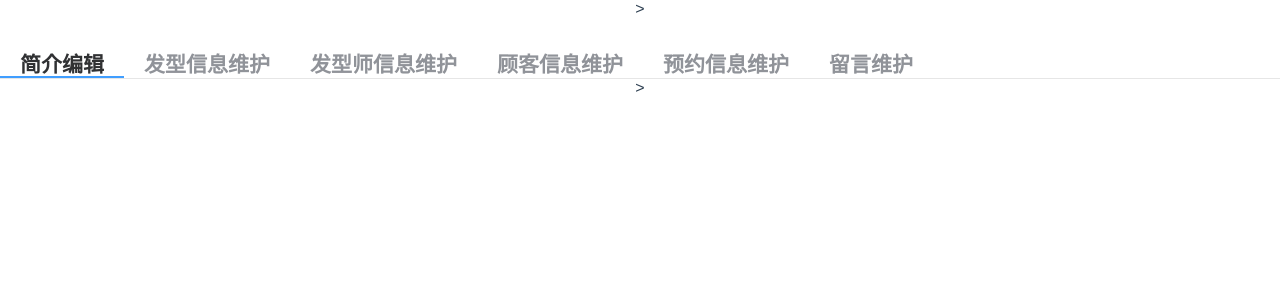
Repository: cjl0805/graduation-design-front
Page: /back/home
An editor plug-in stored every save of this project. The page is shown before and after the next save, followed by the edit.
The browser window is 1280 px wide. The pictures show the whole page.
The project was rebuilt for these pictures with package versions that can differ from the ones it lists, and the page was loaded fresh each time. Also part of the build but not shown: vue.config.js, src/components/RotationChart.vue, src/components/NavigationBar.vue, src/components/HairStylist.vue, src/components/HairStyle.vue, src/views/font/HairStyleView.vue, src/views/font/HairStylistView.vue, src/views/font/HomeView.vue and 17 more.

Above is the page before, as saved 2023-04-18 08:59:37.

### src/main.js
import Vue from 'vue'
import App from './App.vue'
import router from './router'
import ElementUI from 'element-ui'
import 'element-ui/lib/theme-chalk/index.css'
import axios from 'axios'
import VueAxios from 'vue-axios'
Vue.use(VueAxios, axios);
axios.interceptors.request.use(
  config => {
    if (localStorage.getItem('token')) {
      config.headers.token = localStorage.getItem('token');
    }
    return config;
  },
  error => {
    return Promise.reject(error);
  }
);

axios.interceptors.response.use(
  res => {
    if (res.data.code === 501) {
      console.log(res.data);
      alert("登录已过期，请重新登录！");
      window.localStorage.removeItem('token');
      window.localStorage.removeItem('username');
      location.reload();
    }
    return res;
  }
);

Vue.config.productionTip = false
Vue.use(ElementUI)
new Vue({
  router,
  render: h => h(App)
}).$mount('#app')

### src/router/index.js
import Vue from 'vue'
import VueRouter from 'vue-router'
import HairStyleView from '../views/font/HairStyleView.vue'
import HairStylistView from '../views/font/HairStylistView.vue'
import HomeView from '../views/font/HomeView.vue'
import login from '../views/font/login.vue'
import register from '../views/font/register.vue'
import PersonalInfo from '../views/font/PersonalInfo.vue'
import appointment from '../views/font/AppointmentView.vue'
import pay from '../views/font/PayView.vue'
import MainView from '../views/back/MainView.vue'

Vue.use(VueRouter)

const routes = [{
    path: '/',
    name: 'home',
    component: HomeView
  },
  {
    path: '/hairstyle',
    name: 'hairstyle',
    component: HairStyleView
  },
  {
    path: '/hairstylist',
    name: 'hairstylist',
    component: HairStylistView
  },
  {
    path: '/about',
    name: 'about',
    // route level code-splitting
    // this generates a separate chunk (about.[hash].js) for this route
    // which is lazy-loaded when the route is visited.
    component: () => import( /* webpackChunkName: "about" */ '../views/AboutView.vue')
  },
  {
    path: '/login',
    name: 'login',
    component: login
  },
  {
    path: '/register',
    name: 'register',
    component: register
  },
  {
    path: '/PersonalInfo',
    name: 'PersonalInfo',
    component: PersonalInfo,
  },
  {
    path: '/appointment',
    name: 'appointment',
    component: appointment
  },
  {
    path: '/pay',
    name: 'pay',
    component: pay
  },
  {
    path: '/back/home',
    name: 'MainView',
    component: MainView
  },
]

const router = new VueRouter({
  mode: 'history',
  base: process.env.BASE_URL,
  routes
})

// 导航守卫
// 使用 router.beforeEach 注册一个全局前置守卫，判断用户是否登陆
router.beforeEach((to, from, next) => {
  if (to.path === '/PersonalInfo' || to.path === '/appointment' || to.path === '/MessageCenter' || to.path === '/pay') {
    let token = localStorage.getItem('token');
    if (token === null || token === '') {
      next('/login');
    } else {
      next();
    }
  } else {
    next();
  }
});

export default router

### src/views/back/MainView.vue
<template>
  <div>
    <div class="aside">
      ><el-menu default-active="1" class="el-menu-demo" mode="horizontal">
        <el-menu-item index="1">
          <span slot="title"><h2>简介编辑</h2></span>
        </el-menu-item>
        <el-menu-item index="2">
          <span slot="title"><h2>发型信息维护</h2></span>
        </el-menu-item>
        <el-menu-item index="3">
          <span slot="title"><h2>发型师信息维护</h2></span>
        </el-menu-item>
        <el-menu-item index="4">
          <span slot="title"><h2>顾客信息维护</h2></span>
        </el-menu-item>
        <el-menu-item index="5">
          <span slot="title"><h2>预约信息维护</h2></span>
        </el-menu-item>
        <el-menu-item index="6">
          <span slot="title"><h2>留言维护</h2></span>
        </el-menu-item>
      </el-menu>
      >
    </div>
    <div class="div2"></div>
  </div>
</template>

<script>
import HairstylistMaintenance from "@/components/HairstylistMaintenance.vue";
import AppointmentMaintenance from "@/components/AppointmentMaintenance.vue";
import CustomerMaintenance from "@/components/CustomerMaintenance.vue";
import HairstyleMaintenance from "@/components/HairstyleMaintenance.vue";
import IntroductionEditor from "@/components/IntroductionEditor.vue";
import MessageMaintenance from "@/components/MessageMaintenance.vue";
export default {
  name: "MainView",
  components: {
    HairstylistMaintenance,
    AppointmentMaintenance,
    CustomerMaintenance,
    HairstyleMaintenance,
    IntroductionEditor,
    MessageMaintenance,
  },
  data() {
    return {};
  },
  methods: {
    handleOpen(key, keyPath) {
      console.log(key, keyPath);
    },
    handleClose(key, keyPath) {
      console.log(key, keyPath);
    },
  },
};
</script>

<style></style>

### src/components/UserDescription.vue
<template>
  <div>
    <div class="img">
      <el-upload
        class="userform.img !== '' ? 'avatar-uploader boxCardUploadImg' : 'avatar-uploader'"
        action=""
        :http-request="upFile"
        :show-file-list="false"
        :on-change="handleChange"
        :limit="2"
        :headers="headers"
      >
        <img v-if="userform.img" :src="userform.img" class="avatar" />
        <i v-else class="el-icon-plus avatar-uploader-icon"></i> </el-upload
      ><br />
      <el-button round type="primary" @click="saveImg">保存头像</el-button>
      <div class="div2">
        <div class="div3">
          <el-button class="button"
            ><p class="p" @click="click1">个人信息</p></el-button
          >
        </div>
        <div class="div3">
          <el-button class="button" @click="click2"
            ><p class="p">我的预约</p></el-button
          >
        </div>
        <div class="div3">
          <el-button class="button"
            ><p class="p" @click="click3">我的留言</p></el-button
          >
        </div>
      </div>
    </div>
    <div class="info">
      <UserInfo v-if="userInfo"></UserInfo>
      <myAppointment v-if="myAppointment" class="myAppointment"></myAppointment>
      <myMessage v-if="myMessage"></myMessage>
    </div>
  </div>
</template>

<script>
import UserInfo from "./UserInfo.vue";
import MyAppointment from "./MyAppointment.vue";
import MyMessage from "./MyMessage.vue";
export default {
  name: "UserDescription",
  components: {
    MyAppointment,
    MyMessage,
    UserInfo,
  },
  data() {
    return {
      imageUrl: "",
      headers: {},
      token: "",
      userform: {
        img: "",
      },
      file: " ",
      userInfo: this.$route.query.userInfo,
      myAppointment: this.$route.query.myAppointment,
      myMessage: false,
    };
  },
  created() {
    this.load();
  },
  methods: {
    load() {
      this.axios({
        method: "GET",
        url: "http://localhost:8090/graduation/design/customInfo/get",
        params: {
          username: window.localStorage.getItem("username"),
        },
      }).then((res) => {
        console.log(res.data);
        if (res.data.data != null) {
          this.userform.img = res.data.data.img;
        }
      });
    },
    click1() {
      this.userInfo = true;
      this.myAppointment = false;
      this.myMessage = false;
    },
    click2() {
      this.userInfo = false;
      this.myAppointment = true;
      this.myMessage = false;
    },
    click3() {
      this.userInfo = false;
      this.myAppointment = false;
      this.myMessage = true;
    },
    handleChange(file, fileList) {
      const fileName = file.name; // 文件名字
      const fileType = fileName.substring(fileName.lastIndexOf(".") + 1);
      if (fileType === "png" || fileType === "jpg") {
        this.file = file;
        return;
      } else {
        this.$message({
          type: "warning",
          message: "附件格式错误，请重新上传！",
        });
      }
    },
    upFile(item) {
      const formData = new FormData();
      formData.append("file", this.file.raw);
      this.axios({
        method: "POST",
        url: "http://localhost:8090/graduation/design/common/upload",
        data: formData,
      }).then((res) => {
        console.log(res.data);
        if (res.data.code === 200) {
          this.userform.img = res.data.data;
        } else {
          alert(res.data.message);
        }
      });
    },
    beforeAvatarUpload(file) {
      const isJPG = file.type === "image/jpeg";
      const isLt2M = file.size / 1024 / 1024 < 2;

      if (!isJPG) {
        this.$message.error("上传头像图片只能是 JPG 格式!");
      }
      if (!isLt2M) {
        this.$message.error("上传头像图片大小不能超过 2MB!");
      }
      return isJPG && isLt2M;
    },
    saveImg() {
      this.axios({
        method: "POST",
        url: "http://localhost:8090/graduation/design/customInfo/save/img",
        params: {
          username: window.localStorage.getItem("username"),
          img: this.userform.img,
        },
      }).then((res) => {
        console.log(res.data);
        if (res.data.code === 200) {
          alert("保存头像成功！");
        }
      });
    },
  },
};
</script>

<style>
.avatar-uploader .el-upload {
  border: 1px solid #d9d9d9;
  border-radius: 50px;
  cursor: pointer;
  position: relative;
  overflow: hidden;
}
.avatar-uploader .el-upload:hover {
  border-color: none;
}
.avatar-uploader-icon {
  margin-top: 20px;
  font-size: 120px;
  color: #8c939d;
}
.avatar {
  margin-top: 20px;
  width: 120px;
  height: 120px;
  display: block;
}

.boxCardUploadImg .el-upload:hover div {
  width: 100px;
  height: 100px;
  line-height: 100px;
  text-align: center;
  border-radius: 50px;
  position: absolute;
  font-size: 18px;
  display: initial;
  z-index: 999;
  color: #fff;
  top: 0;
  left: 0;
  background-color: #17163c;
  opacity: 0.5;
}
.my-content {
  font-size: 20px;
}
.my-label {
  font-size: 20px;
}
.img {
  margin-left: 20px;
  text-align: center;
  width: 240px;
  height: 640px;
  border: 2px;
  background: rgb(255, 255, 255);
}
.info {
  margin-top: -640px;
  margin-left: 305px;
  text-align: center;
  width: 1210px;
  height: 640px;
  border: 2px;
  background: rgba(255, 255, 255);
}
.button {
  margin: 0 auto;
  width: 200px;
  height: 40px;
  margin-top: 0px;
}
.p {
  margin: 0 auto;
  font-size: 20px;
  font-weight: bold;
}
.div2 {
  margin-top: 120px;
}
.div3 {
  margin-top: 28px;
}
</style>

### src/components/HairStylistDescription.vue
<template>
  <div>
    <div class="img">
      <el-upload
        class="userform.img !== '' ? 'avatar-uploader boxCardUploadImg' : 'avatar-uploader'"
        action=""
        :http-request="upFile"
        :show-file-list="false"
        :on-change="handleChange"
        :limit="2"
        :headers="headers"
      >
        <img v-if="userform.img" :src="userform.img" class="avatar" />
        <i v-else class="el-icon-plus avatar-uploader-icon"></i> </el-upload
      ><br />
      <el-button round type="primary" @click="saveImg">保存头像</el-button>
      <div class="div2">
        <div class="div3">
          <el-button class="button"
            ><p class="p" @click="click1">个人信息</p></el-button
          >
        </div>
        <div class="div3">
          <el-button class="button" @click="click2"
            ><p class="p">我的预约</p></el-button
          >
        </div>
      </div>
    </div>
    <div class="info">
      <HairStylistInfo v-if="HairStylistInfo"></HairStylistInfo>
      <HairStylistAppointment v-if="HairStylistAppointment"></HairStylistAppointment>
    </div>
  </div>
</template>

<script>
import HairStylistInfo from "./HairStylistInfo.vue";
import HairStylistAppointment from "./HairStylistAppointment.vue";
export default {
  name: "UserDescription",
  components: {
    HairStylistAppointment,
    HairStylistInfo,
  },
  data() {
    return {
      imageUrl: "",
      headers: {},
      token: "",
      userform: {
        img: "",
      },
      file: " ",
      HairStylistInfo: true,
      HairStylistAppointment: false,
    };
  },
  created() {
    this.load();
  },
  methods: {
    load() {
      this.axios({
        method: "GET",
        url: "http://localhost:8090/graduation/design/hairstylist/get",
        params: {
          username: window.localStorage.getItem("username"),
        },
      }).then((res) => {
        console.log(res.data);
        if (res.data.data != null) {
          this.userform.img = res.data.data.img;
          window.localStorage.setItem("hairstylist", res.data.data.name);
        }
      });
    },
    click1() {
      this.HairStylistInfo = true;
      this.HairStylistAppointment = false;
    },
    click2() {
      this.HairStylistInfo = false;
      this.HairStylistAppointment = true;
    },
    handleChange(file, fileList) {
      const fileName = file.name; // 文件名字
      const fileType = fileName.substring(fileName.lastIndexOf(".") + 1);
      if (fileType === "png" || fileType === "jpg") {
        this.file = file;
        return;
      } else {
        this.$message({
          type: "warning",
          message: "附件格式错误，请重新上传！",
        });
      }
    },
    upFile(item) {
      const formData = new FormData();
      formData.append("file", this.file.raw);
      this.axios({
        method: "POST",
        url: "http://localhost:8090/graduation/design/common/upload",
        data: formData,
      }).then((res) => {
        console.log(res.data);
        if (res.data.code === 200) {
          this.userform.img = res.data.data;
        } else {
          alert(res.data.message);
        }
      });
    },
    beforeAvatarUpload(file) {
      const isJPG = file.type === "image/jpeg";
      const isLt2M = file.size / 1024 / 1024 < 2;

      if (!isJPG) {
        this.$message.error("上传头像图片只能是 JPG 格式!");
      }
      if (!isLt2M) {
        this.$message.error("上传头像图片大小不能超过 2MB!");
      }
      return isJPG && isLt2M;
    },
    saveImg() {
      this.axios({
        method: "POST",
        url: "http://localhost:8090/graduation/design/hairstylist/save/img",
        params: {
          username: window.localStorage.getItem("username"),
          img: this.userform.img,
        },
      }).then((res) => {
        console.log(res.data);
        if (res.data.code === 200) {
          alert("保存头像成功！");
        }
      });
    },
  },
};
</script>

<style>
.avatar-uploader .el-upload {
  border: 1px solid #d9d9d9;
  border-radius: 50px;
  cursor: pointer;
  position: relative;
  overflow: hidden;
}
.avatar-uploader .el-upload:hover {
  border-color: none;
}
.avatar-uploader-icon {
  margin-top: 20px;
  font-size: 120px;
  color: #8c939d;
}
.avatar {
  margin-top: 20px;
  width: 120px;
  height: 120px;
  display: block;
}

.boxCardUploadImg .el-upload:hover div {
  width: 100px;
  height: 100px;
  line-height: 100px;
  text-align: center;
  border-radius: 50px;
  position: absolute;
  font-size: 18px;
  display: initial;
  z-index: 999;
  color: #fff;
  top: 0;
  left: 0;
  background-color: #17163c;
  opacity: 0.5;
}
.my-content {
  font-size: 20px;
}
.my-label {
  font-size: 20px;
}
.img {
  margin-left: 20px;
  text-align: center;
  width: 240px;
  height: 640px;
  border: 2px;
  background: rgb(255, 255, 255);
}
.info {
  margin-top: -640px;
  margin-left: 305px;
  text-align: center;
  width: 1210px;
  height: 640px;
  border: 2px;
  background: rgba(255, 255, 255);
}
.button {
  margin: 0 auto;
  width: 200px;
  height: 40px;
  margin-top: 0px;
}
.p {
  margin: 0 auto;
  font-size: 20px;
  font-weight: bold;
}
.div2 {
  margin-top: 120px;
}
.div3 {
  margin-top: 28px;
}
</style>

Loaded but not shown: public/index.html (common file); src/App.vue (common file)

After the next save:
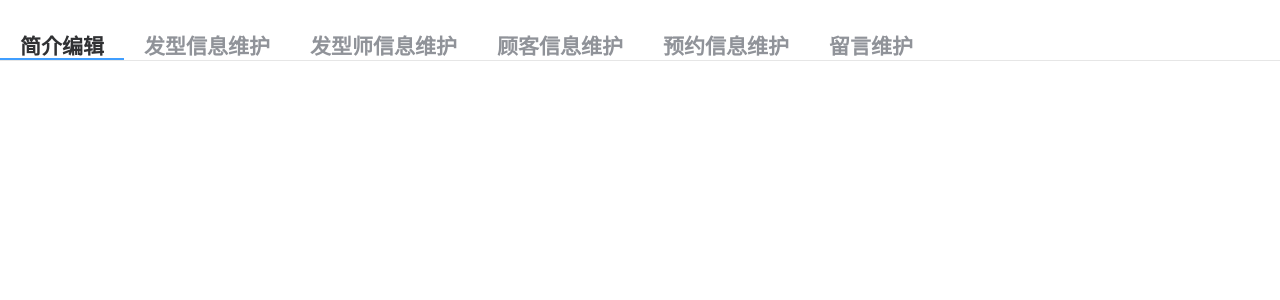
Saved 7 s later.
--- a/src/views/back/MainView.vue
+++ b/src/views/back/MainView.vue
@@ -1,7 +1,7 @@
 <template>
   <div>
     <div class="aside">
-      ><el-menu default-active="1" class="el-menu-demo" mode="horizontal">
+      <el-menu default-active="1" class="el-menu-demo" mode="horizontal">
         <el-menu-item index="1">
           <span slot="title"><h2>简介编辑</h2></span>
         </el-menu-item>
@@ -21,7 +21,7 @@
           <span slot="title"><h2>留言维护</h2></span>
         </el-menu-item>
       </el-menu>
-      >
+
     </div>
     <div class="div2"></div>
   </div>
